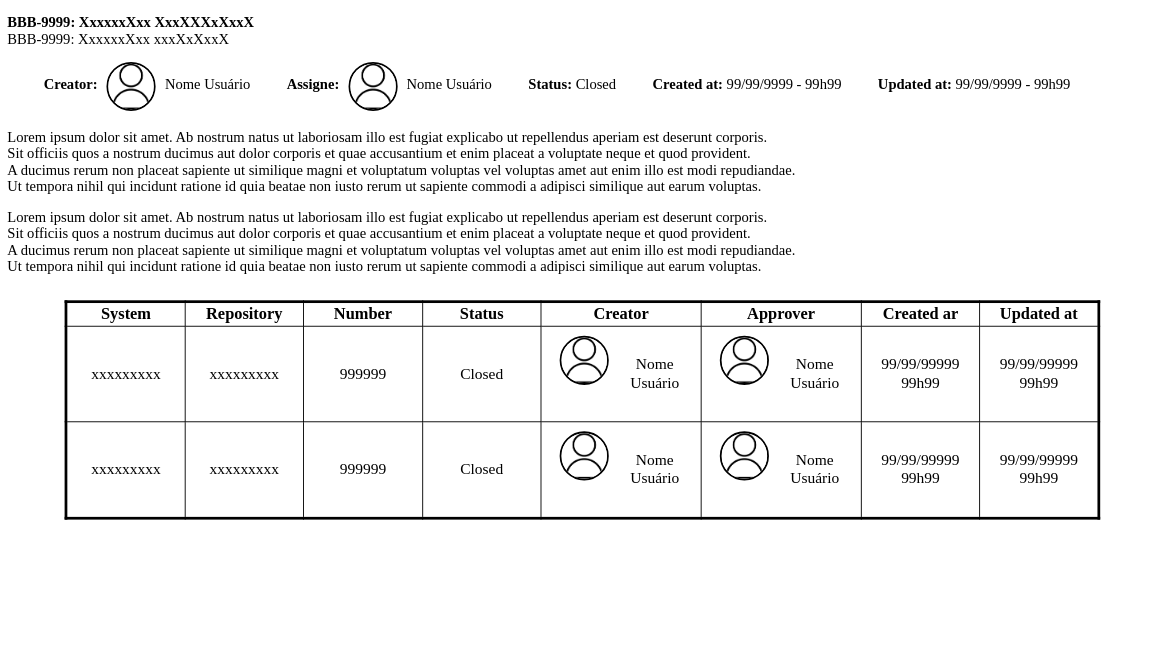
Repository: AnaBerlanda/PaginaFer
Page: index.html
The author's editor kept a copy of each file at every save. The page is drawn from the files as they stood at one save, then again after the next save.
The browser window is 1280 px wide. The pictures show the whole page, at 91% of full size.

Above is the page before, as saved 2022-05-23 16:04:24.

After the next save:
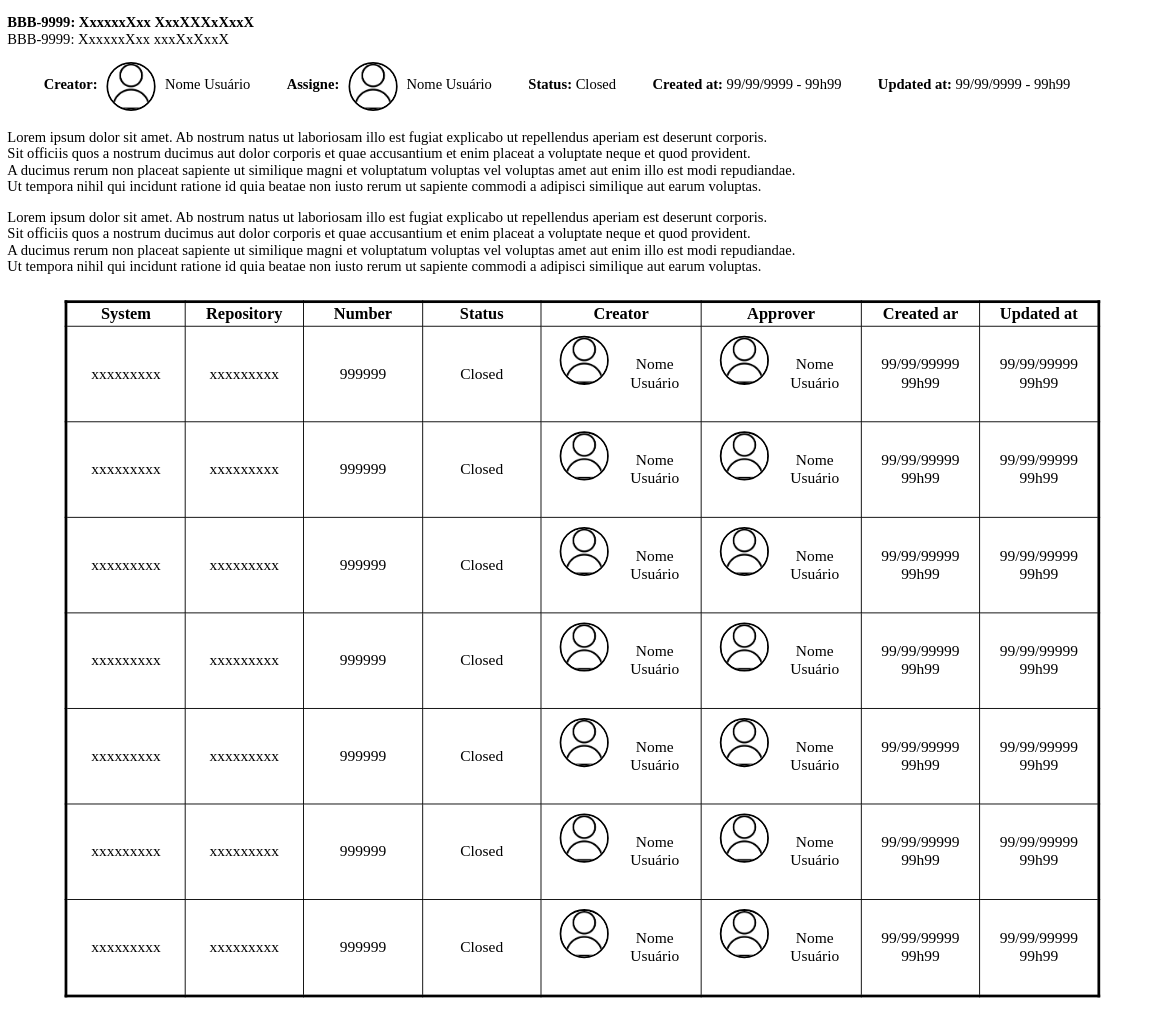
Saved 12 s later.
--- a/index.html
+++ b/index.html
@@ -114,6 +114,146 @@
             <td>99/99/99999 99h99</td>
             <td>99/99/99999 99h99</td>
         </tr>
+        <tr>
+            <td>xxxxxxxxx</td>
+            <td>xxxxxxxxx</td>
+            <td>999999</td>
+            <td>Closed</td>
+            <td>
+                <div class="tabela-imagem">
+                    <div class="imagem">
+                    <img src="imagem/Icone-usuario-Png-1024x1024.png">
+                    </div>
+                <div class="textos">
+                    <p class="nome">Nome Usuário</p>
+                </div>
+                </div>
+            </td>
+            <td>
+                <div class="tabela-imagem">
+                    <div class="imagem">
+                    <img src="imagem/Icone-usuario-Png-1024x1024.png">
+                    </div>
+                <div class="textos">
+                    <p class="nome">Nome Usuário</p>
+                </div>
+                </div>
+            </td>
+            <td>99/99/99999 99h99</td>
+            <td>99/99/99999 99h99</td>
+        </tr>
+        <tr>
+            <td>xxxxxxxxx</td>
+            <td>xxxxxxxxx</td>
+            <td>999999</td>
+            <td>Closed</td>
+            <td>
+                <div class="tabela-imagem">
+                    <div class="imagem">
+                    <img src="imagem/Icone-usuario-Png-1024x1024.png">
+                    </div>
+                <div class="textos">
+                    <p class="nome">Nome Usuário</p>
+                </div>
+                </div>
+            </td>
+            <td>
+                <div class="tabela-imagem">
+                    <div class="imagem">
+                    <img src="imagem/Icone-usuario-Png-1024x1024.png">
+                    </div>
+                <div class="textos">
+                    <p class="nome">Nome Usuário</p>
+                </div>
+                </div>
+            </td>
+            <td>99/99/99999 99h99</td>
+            <td>99/99/99999 99h99</td>
+        </tr>
+        <tr>
+            <td>xxxxxxxxx</td>
+            <td>xxxxxxxxx</td>
+            <td>999999</td>
+            <td>Closed</td>
+            <td>
+                <div class="tabela-imagem">
+                    <div class="imagem">
+                    <img src="imagem/Icone-usuario-Png-1024x1024.png">
+                    </div>
+                <div class="textos">
+                    <p class="nome">Nome Usuário</p>
+                </div>
+                </div>
+            </td>
+            <td>
+                <div class="tabela-imagem">
+                    <div class="imagem">
+                    <img src="imagem/Icone-usuario-Png-1024x1024.png">
+                    </div>
+                <div class="textos">
+                    <p class="nome">Nome Usuário</p>
+                </div>
+                </div>
+            </td>
+            <td>99/99/99999 99h99</td>
+            <td>99/99/99999 99h99</td>
+        </tr>
+        <tr>
+            <td>xxxxxxxxx</td>
+            <td>xxxxxxxxx</td>
+            <td>999999</td>
+            <td>Closed</td>
+            <td>
+                <div class="tabela-imagem">
+                    <div class="imagem">
+                    <img src="imagem/Icone-usuario-Png-1024x1024.png">
+                    </div>
+                <div class="textos">
+                    <p class="nome">Nome Usuário</p>
+                </div>
+                </div>
+            </td>
+            <td>
+                <div class="tabela-imagem">
+                    <div class="imagem">
+                    <img src="imagem/Icone-usuario-Png-1024x1024.png">
+                    </div>
+                <div class="textos">
+                    <p class="nome">Nome Usuário</p>
+                </div>
+                </div>
+            </td>
+            <td>99/99/99999 99h99</td>
+            <td>99/99/99999 99h99</td>
+        </tr>
+        <tr>
+            <td>xxxxxxxxx</td>
+            <td>xxxxxxxxx</td>
+            <td>999999</td>
+            <td>Closed</td>
+            <td>
+                <div class="tabela-imagem">
+                    <div class="imagem">
+                    <img src="imagem/Icone-usuario-Png-1024x1024.png">
+                    </div>
+                <div class="textos">
+                    <p class="nome">Nome Usuário</p>
+                </div>
+                </div>
+            </td>
+            <td>
+                <div class="tabela-imagem">
+                    <div class="imagem">
+                    <img src="imagem/Icone-usuario-Png-1024x1024.png">
+                    </div>
+                <div class="textos">
+                    <p class="nome">Nome Usuário</p>
+                </div>
+                </div>
+            </td>
+            <td>99/99/99999 99h99</td>
+            <td>99/99/99999 99h99</td>
+        </tr>
 
 
 
